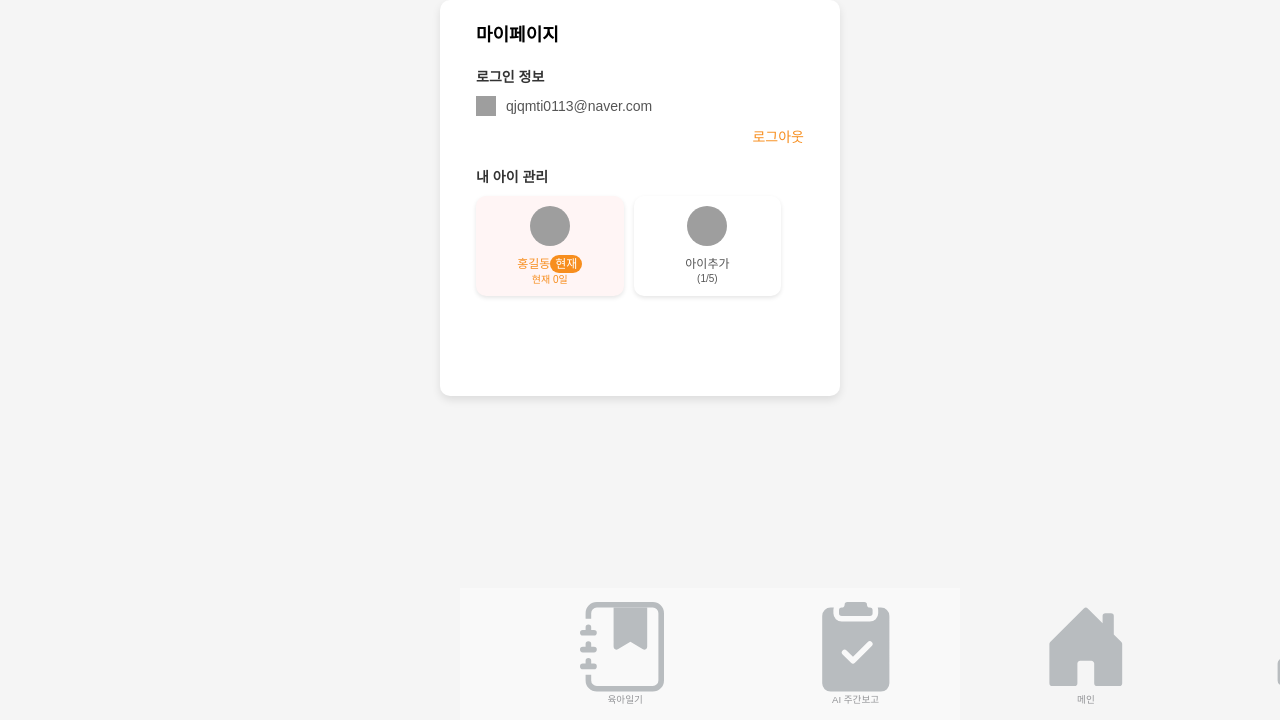
Repository: fromBirth/frombirth-frontend
Page: /mypage
The author's editor kept a copy of each file at every save. The page is drawn from the files as they stood at one save, then again after the next save.
The browser window is 1280 px wide. The pictures show the whole page.
Pictures or frames that could not be fetched are drawn as grey boxes. Some web fonts or font styles are not loaded; a fallback is used. The project was rebuilt for these pictures with package versions that can differ from the ones it lists, and the page was loaded fresh each time. Also part of the build but not shown: vite.config.js.

Above is the page before, as saved 2024-10-30 12:57:52.

After the next save:
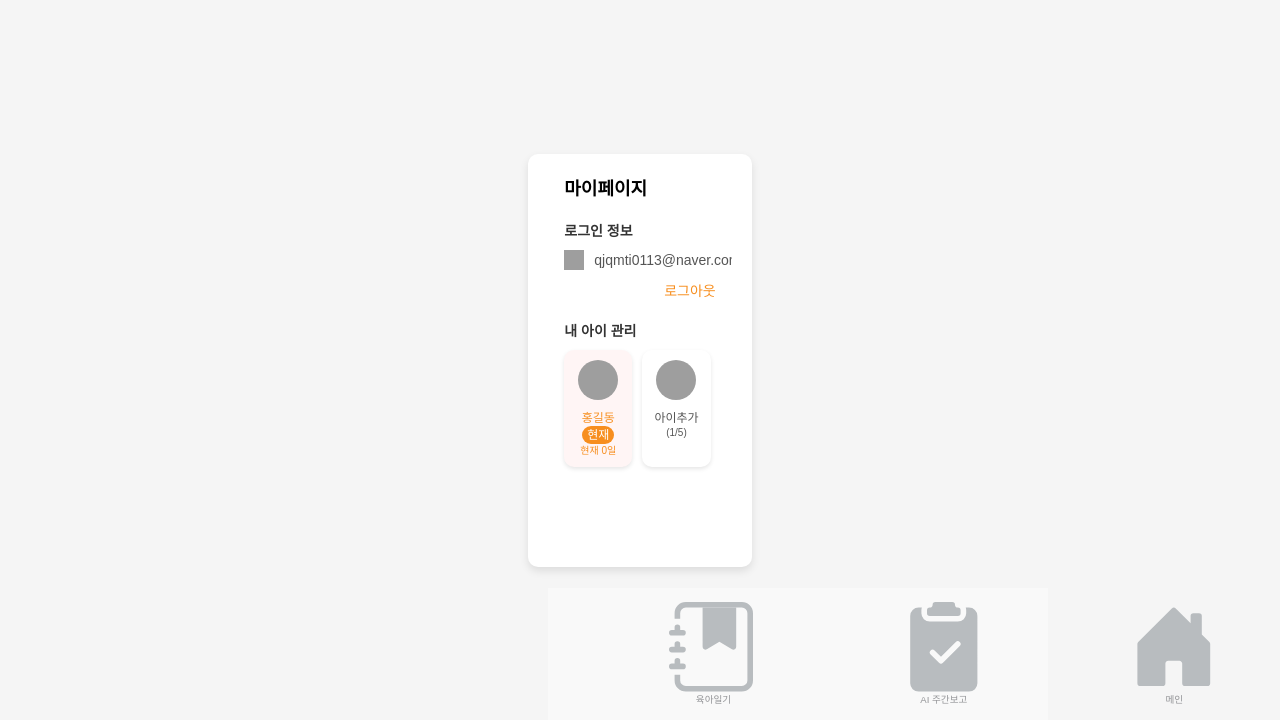
Saved 50 s later.
--- a/src/assets/styles/common.css
+++ b/src/assets/styles/common.css
@@ -33,9 +33,6 @@ input::placeholder { color: #888; }
 /* 🔴 색상 등 전역 변수 설정 */
 :root { --logo-color: #FF893C; --button-disabled-color: #E6E9F0; --menu-symbol-color: #B8BCBF; --menu-text-color: #949598; --background-color: #F4F7FC; }
 
-/* 🔴 루트 컨테이너 크기 설정 */
-#root { height: 100vh; width: 100vw; }
-
 /* 🔴 로딩 스피너 */
 .spinner-overlay { position: fixed; top: 0; left: 0; width: 100vw; height: 100vh; display: flex; justify-content: center; align-items: center; background: rgba(255, 255, 255, 0.8); z-index: 1000; }
 .spinner { width: 40px; height: 40px; border: 5px solid rgba(0, 0, 0, 0.1); border-top-color: #3498db; border-radius: 50%; animation: spin 1s linear infinite; }
